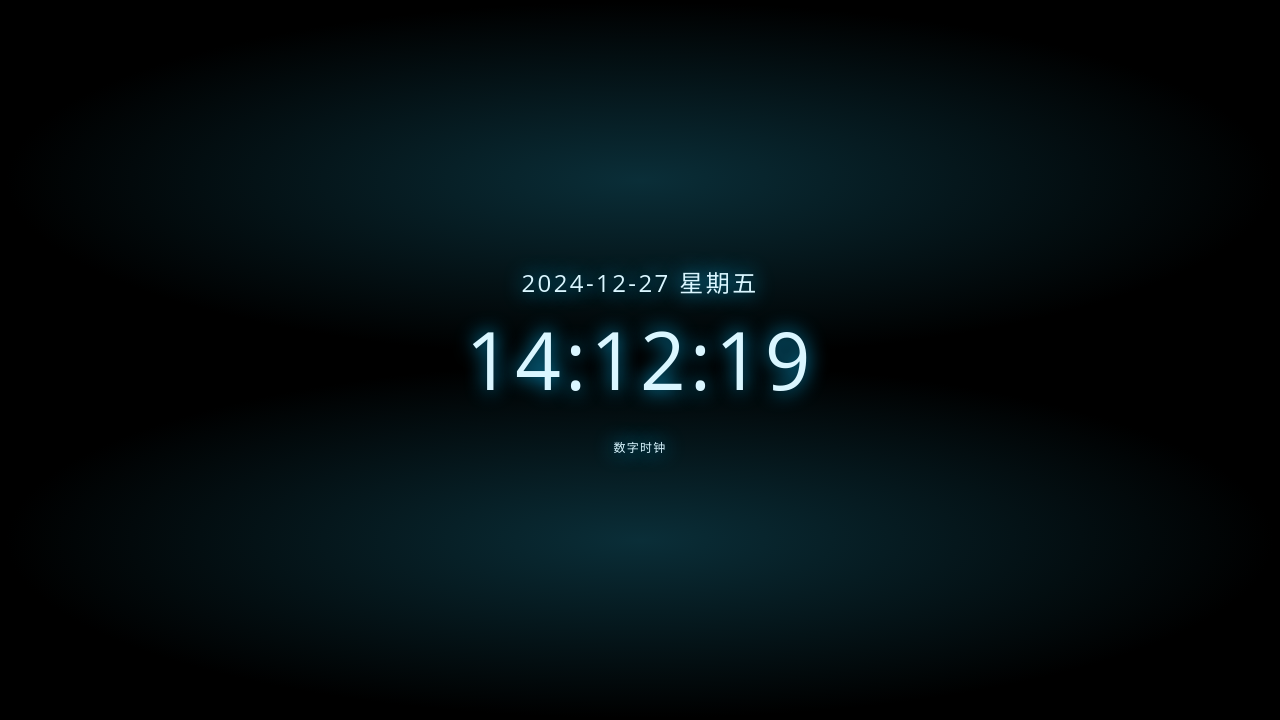
Repository: ZSJJessey/-SpringBoot-Vue-
Page: HospitalManagerVue/public/static/timeclock.html
An editor plug-in stored every save of this project. The page is shown before and after the next save, followed by the edit.
The browser window is 1280 px wide. The pictures show the whole page.
Some web libraries are served in a nearby version.

Above is the page before, as saved 2025-01-15 04:22:41.

### HospitalManagerVue/public/static/timeclock.html
<!doctype html>
<html>

<head>
    <meta charset="utf-8">
    <title>www.jb51.net vue.js带日期星期数字时钟</title>
    <style type="text/css">
        html,
        body {
            height: 50%;
        }

        body {
            background: #0f3854;
            background: -webkit-radial-gradient(center ellipse, #0a2e38 0%, #000000 70%);
            background: radial-gradient(ellipse at center, #0a2e38 0%, #000000 70%);
            background-size: 100%;
        }

        p {
            margin: 0;
            padding: 0;
        }

        #clock {
            font-family: 'Microsoft YaHei', 'Lantinghei SC', 'Open Sans', Arial, 'Hiragino Sans GB', 'STHeiti', 'WenQuanYi Micro Hei', 'SimSun', sans-serif;
            color: #ffffff;
            text-align: center;
            position: absolute;
            left: 50%;
            top: 50%;
            -webkit-transform: translate(-50%, -50%);
            transform: translate(-50%, -50%);
            color: #daf6ff;
            text-shadow: 0 0 20px #0aafe6, 0 0 20px rgba(10, 175, 230, 0);
        }

        #clock .time {
            letter-spacing: 0.05em;
            font-size: 80px;
            padding: 5px 0;
        }

        #clock .date {
            letter-spacing: 0.1em;
            font-size: 24px;
        }

        #clock .text {
            letter-spacing: 0.1em;
            font-size: 12px;
            padding: 20px 0 0;
        }
    </style>
</head>

<body>
    <script src="https://cdn.bootcss.com/vue/2.4.4/vue.min.js"></script>
    <div id="clock">
        <p class="date">{{ date }}</p>
        <p class="time">{{ time }}</p>
        <p class="text">数字时钟</p>
    </div>
    <script type="text/javascript">
        var clock = new Vue({
            el: '#clock',
            data: {
                time: '',
                date: ''
            }
        });
        var week = ['星期日', '星期一', '星期二', '星期三', '星期四', '星期五', '星期六'];
        var timerID = setInterval(updateTime, 1000);
        updateTime();
        function updateTime() {
            var cd = new Date();
            clock.time = zeroPadding(cd.getHours(), 2) + ':' + zeroPadding(cd.getMinutes(), 2) + ':' + zeroPadding(cd.getSeconds(), 2);
            clock.date = zeroPadding(cd.getFullYear(), 4) + '-' + zeroPadding(cd.getMonth() + 1, 2) + '-' + zeroPadding(cd.getDate(), 2) + ' ' + week[cd.getDay()];
        };
        function zeroPadding(num, digit) {
            var zero = '';
            for (var i = 0; i < digit; i++) {
                zero += '0';
            }
            return (zero + num).slice(-digit);
        }
    </script>
</body>

</html>

After the next save:
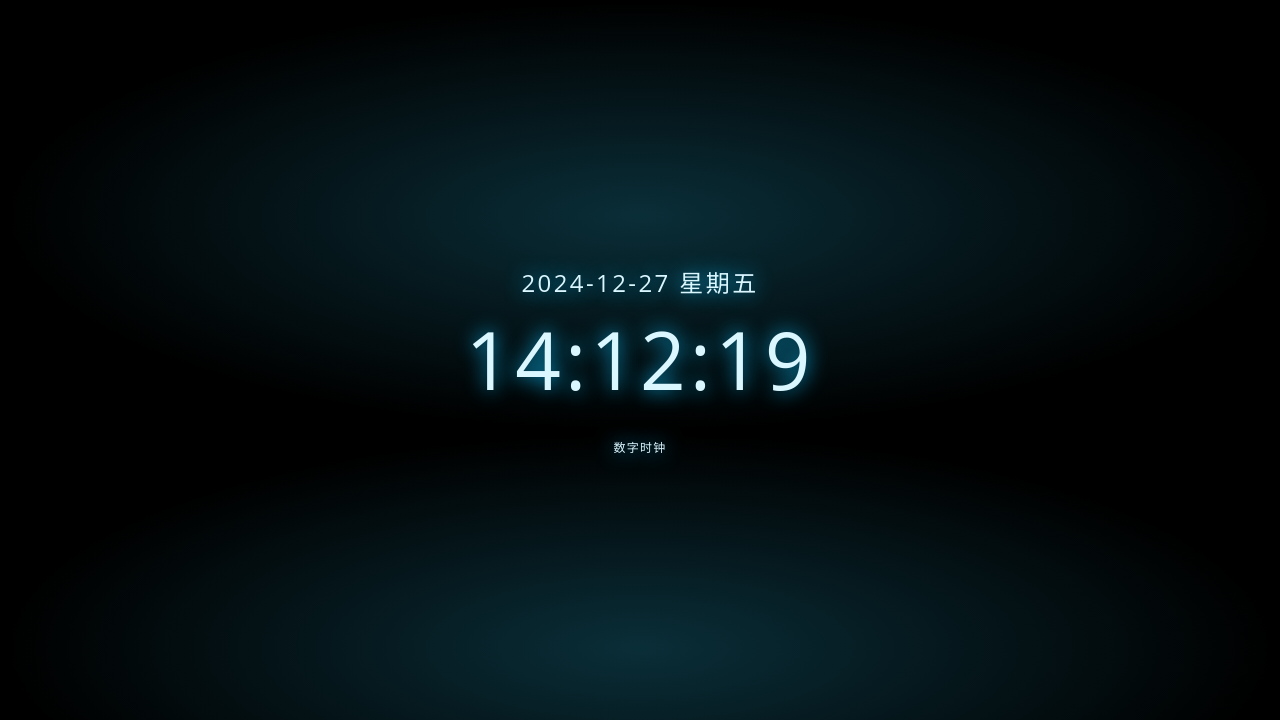
Saved 20 s later.
--- a/HospitalManagerVue/public/static/timeclock.html
+++ b/HospitalManagerVue/public/static/timeclock.html
@@ -7,7 +7,7 @@
     <style type="text/css">
         html,
         body {
-            height: 50%;
+            height: 60%;
         }
 
         body {
